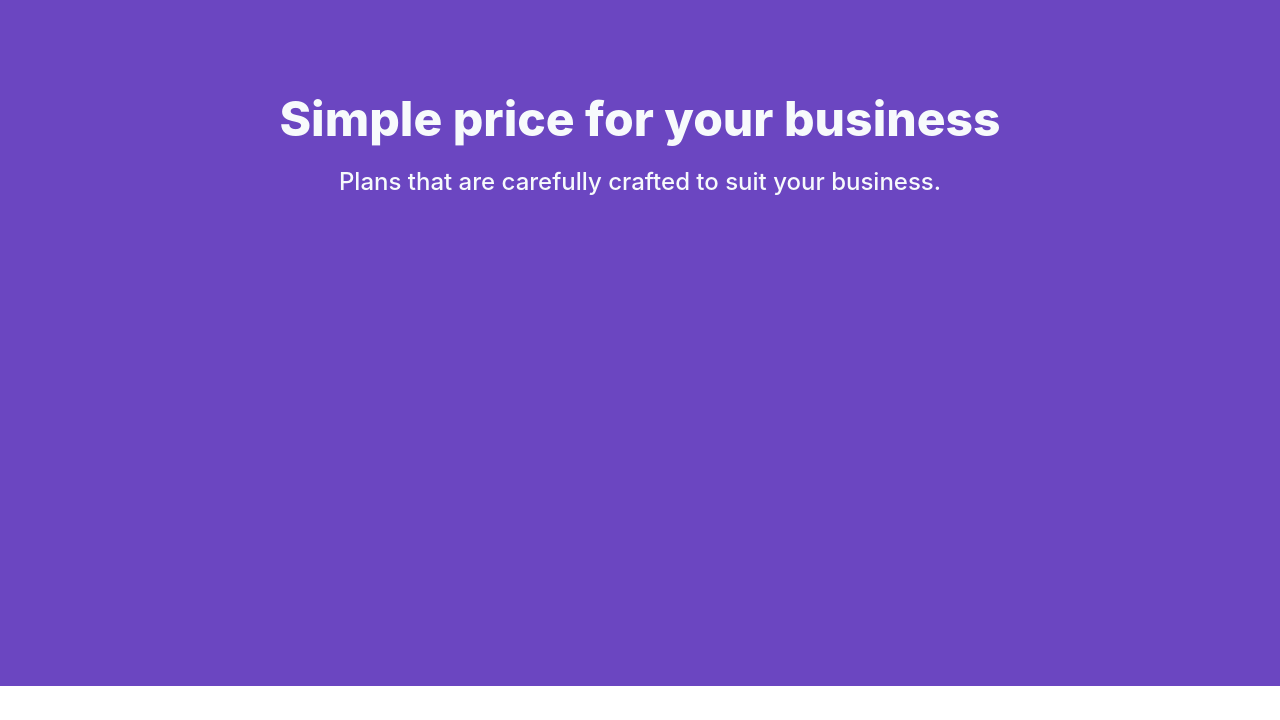
Repository: noutijo/learn-in-depth-chakra-ui
Page: /
These files come from the project's save history. The page is drawn as it stood at one moment and after the next save; the edit follows.
The browser window is 1280 px wide. The pictures show the whole page.
The project was rebuilt for these pictures with package versions that can differ from the ones it lists, and the page was loaded fresh each time. Also part of the build but not shown: vite.config.ts.

Above is the page before, as saved 2023-01-30 15:26:48.

After the next save:
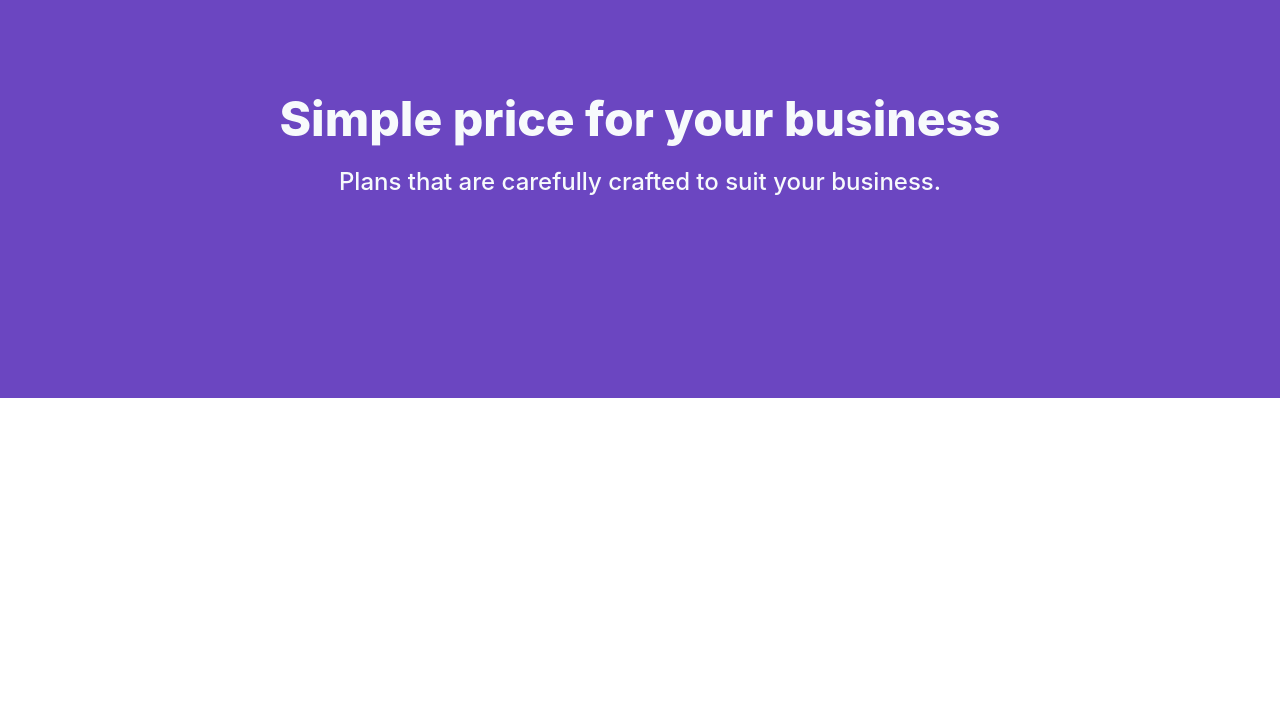
Saved 23 s later.
--- a/src/components/Pricing.tsx
+++ b/src/components/Pricing.tsx
@@ -3,13 +3,7 @@ import { Box, Heading, Text, Flex } from "@chakra-ui/react";
 
 export function Pricing() {
   return (
-    <Box
-      as="section"
-      color="#F7FAFC"
-      bg="#6b46c1"
-      pt="90px"
-      pb="198px"
-      px="32px">
+    <Box>
       <Flex>
         <Box></Box>
         <Box></Box>
